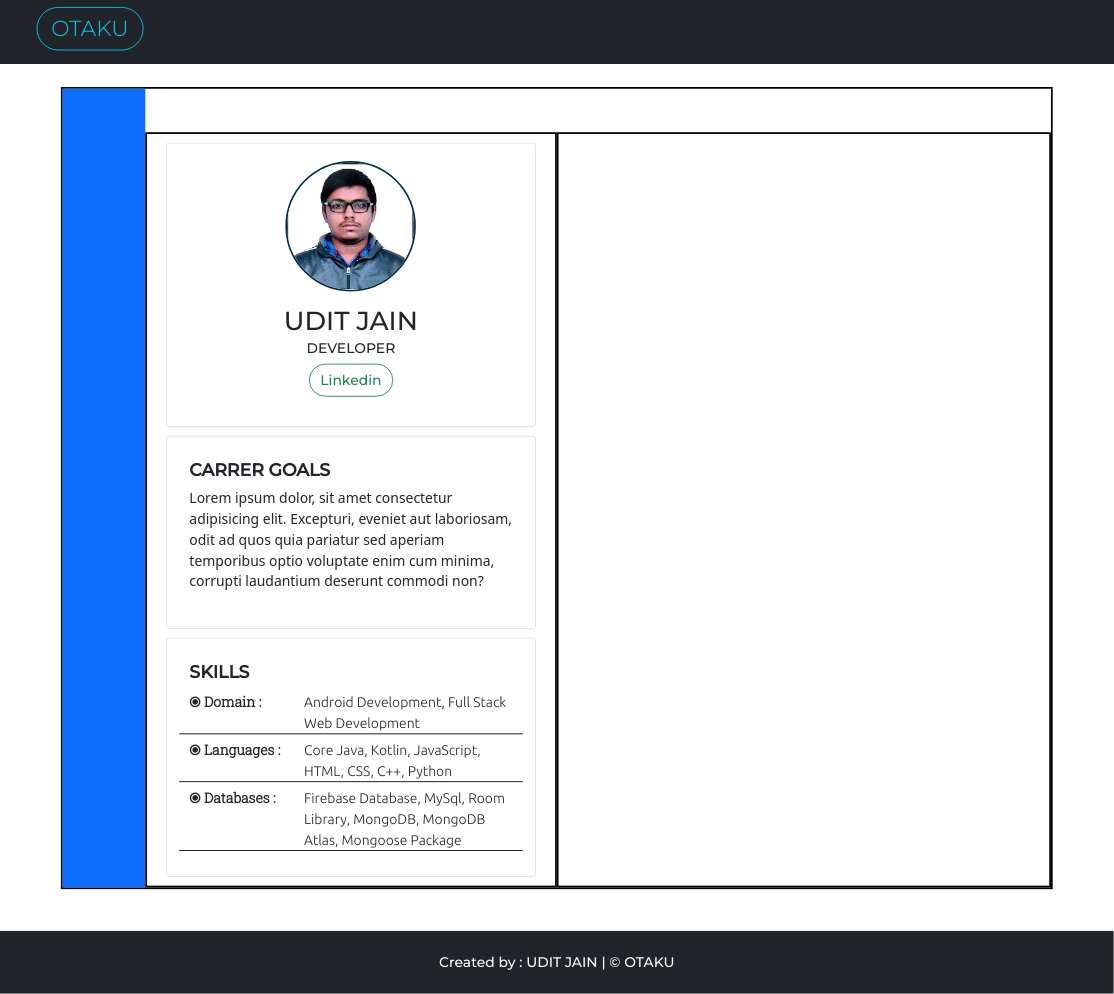
Repository: uditjain100/Responsive-Resume
Page: layouts/index.html
The author's editor kept a copy of each file at every save. The page is drawn from the files as they stood at one save, then again after the next save.
The browser window is 1280 px wide. The pictures show the whole page, at 87% of full size.
Some web libraries are served in a nearby version.

Above is the page before, as saved 2021-03-01 14:37:33.

After the next save:
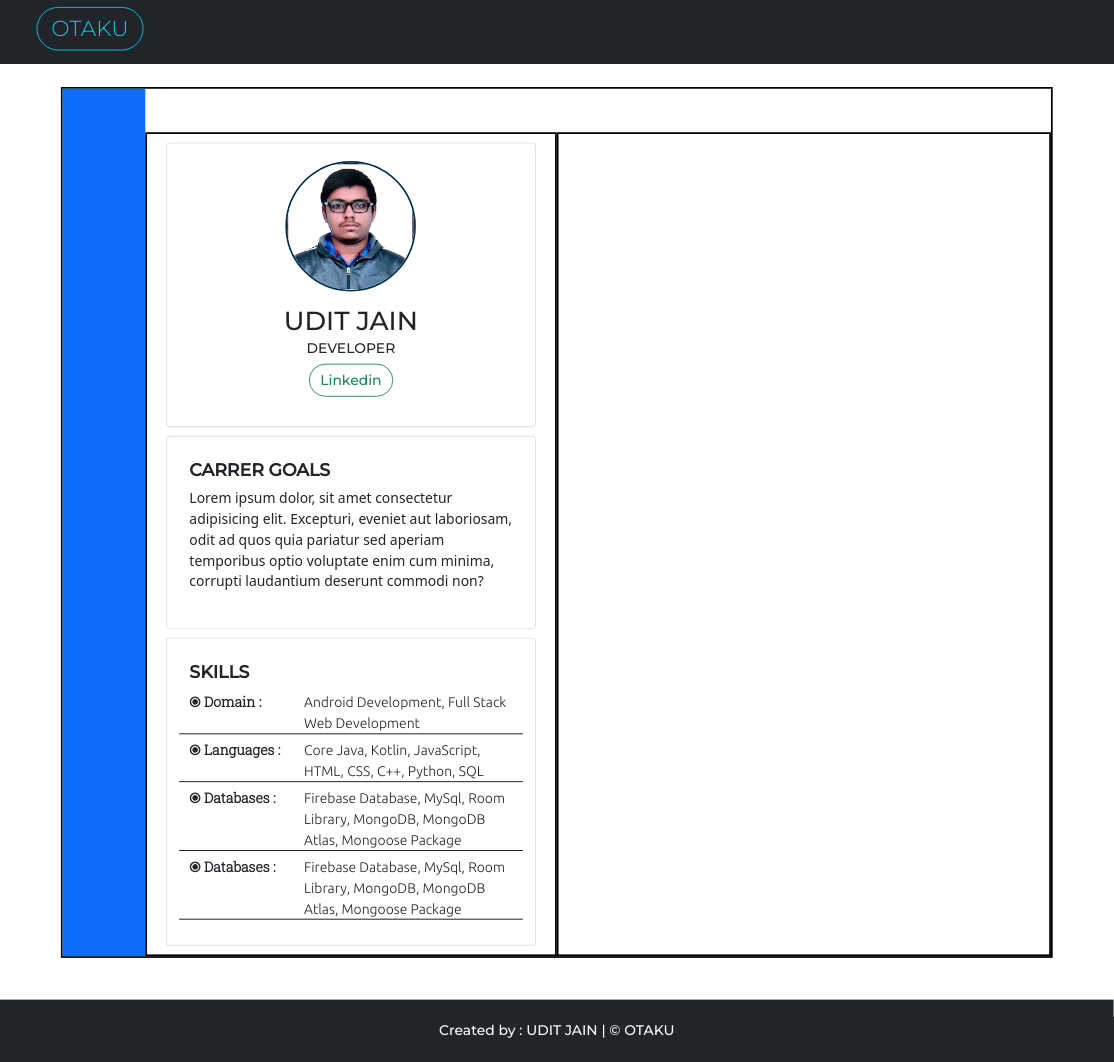
Saved 38 s later.
--- a/layouts/index.html
+++ b/layouts/index.html
@@ -102,7 +102,15 @@
                 <li id="skillsitem" class="row">
                   <span class="col-4" id="que">⦿ Languages : </span>
                   <span class="col-8" id="ans"
-                    >Core Java, Kotlin, JavaScript, HTML, CSS, C++, Python</span
+                    >Core Java, Kotlin, JavaScript, HTML, CSS, C++, Python,
+                    SQL</span
+                  >
+                </li>
+                <li id="skillsitem" class="row">
+                  <span class="col-4" id="que">⦿ Databases : </span>
+                  <span class="col-8" id="ans"
+                    >Firebase Database, MySql, Room Library, MongoDB, MongoDB
+                    Atlas, Mongoose Package</span
                   >
                 </li>
                 <li id="skillsitem" class="row">
